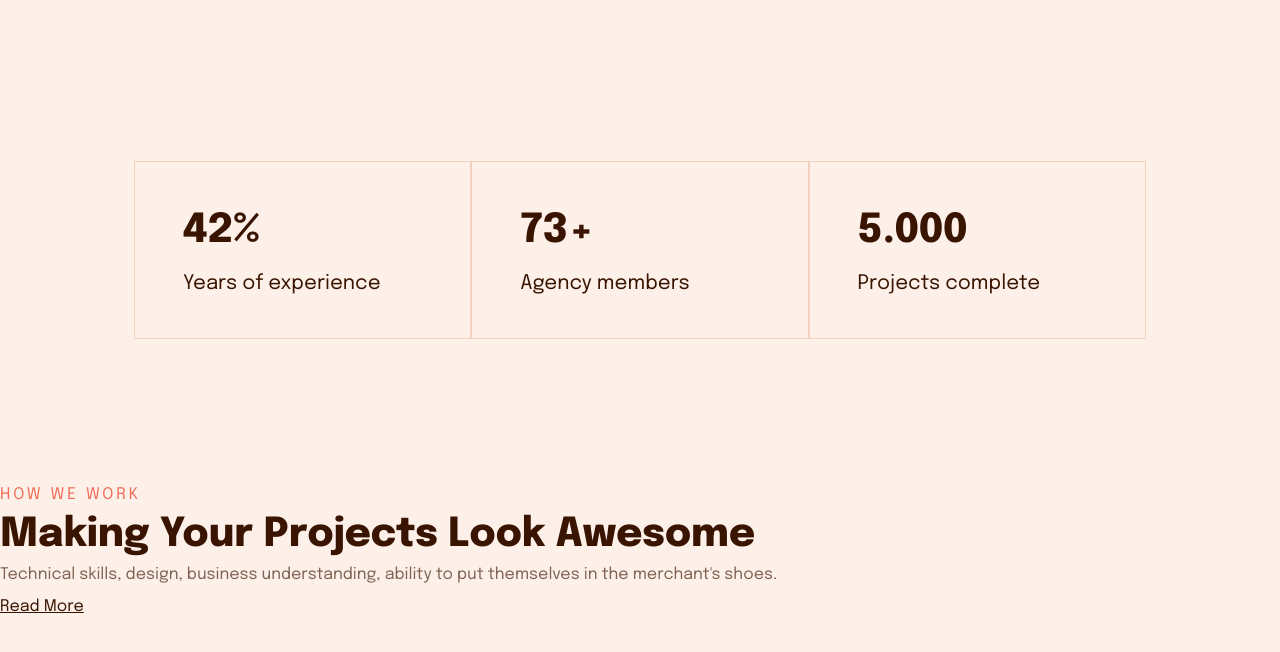
Repository: MehdiKerimov/Figma-task-7
Page: index.html
The author's editor kept a copy of each file at every save. The page is drawn from the files as they stood at one save, then again after the next save.
The browser window is 1280 px wide. The pictures show the whole page.

Above is the page before, as saved 2023-08-30 12:11:32.

### index.html
<!DOCTYPE html>
<html lang="en">

<head>
    <meta charset="UTF-8">
    <meta name="viewport" content="width=device-width, initial-scale=1.0">
    <title>Document</title>
    <link rel="stylesheet" href="index.css">
</head>

<body>
    <div class="container">
        <div class="container-1">
            <ul>

                    <li>
                        <h1>42%</h1>
                        <p>Years of experience</p>
                    </li>


                    <li>
                        <h1>73+</h1>
                        <P>Agency members</P>
                    </li>


                    <li>
                        <h1>5.000</h1>
                        <p>Projects complete</p>
                    </li>

            </ul>
        </div>
        <div class="container-2">
            <div class="text-container">
                <h1>How we work</h1>
                <h2>Making Your Projects Look Awesome</h2>
                <p>Technical skills, design, business understanding, ability to put themselves in the merchant's shoes.</p>
                <a href="">Read More</a>
            </div>
            <ul>

            </ul>

        </div>
    </div>


</body>

</html>

### index.css
@import url("https://fonts.googleapis.com/css2?family=Epilogue:wght@400;800&display=swap");
* {
  padding: 0;
  margin: 0;
  box-sizing: border-box;
}
.container {
  background: #fdf0e9;
  min-height: 100vh;
}
.container-1 {
  padding: 161px 134px 140px 134px;
}

.container-1 .box-1 {
  width: 391px;
  height: 176px;
  border-radius: 6px 0px 0px 6px;
}
.container-1 ul {
  display: flex;
}
.container-1 ul li {
  list-style-type: none;
  width: 33.33%;
  border: 1px solid #f3d1bf;
  padding: 45px 0 38px 48px;
}
.container-1 ul li h1 {
  color: var(--text-dark, #391400);
  font-feature-settings: "clig" off, "liga" off;
  font-family: Epilogue;
  font-size: 40px;
  font-style: normal;
  font-weight: 800;
  line-height: 48px;
}
.container-1 ul li p {
  margin-top: 13px;
  color: var(--text-dark, #391400);
  font-feature-settings: "clig" off, "liga" off;
  font-family: Epilogue;
  font-size: 20px;
  font-style: normal;
  font-weight: 400;
  line-height: 32px;
}
.container-1 .box-1 li h1 {
  padding: 45px 0px 13px 48px;
}
.container-1 .box-1 li p {
  margin-left: 48px;
}
.container-1 .box-3 li p {
  margin-left: 48px;
  color: var(--text-dark, #391400);
  font-feature-settings: "clig" off, "liga" off;
  font-family: Epilogue;
  font-size: 20px;
  font-style: normal;
  font-weight: 400;
  line-height: 32px;
}
.container-2{
    padding: 0;
    display: flex;
}
.container-2 .text-container h1 {
  color: var(--text-dark-accent, #ef6d58);
  font-feature-settings: "clig" off, "liga" off;
  font-family: Epilogue;
  font-size: 16px;
  font-style: normal;
  font-weight: 400;
  line-height: 32px;
  letter-spacing: 3px;
  text-transform: uppercase;
}
.container-2 .text-container h2 {
  color: var(--text-dark, #391400);
  font-feature-settings: "clig" off, "liga" off;
  font-family: Epilogue;
  font-size: 40px;
  font-style: normal;
  font-weight: 800;
  line-height: 48px;
}
.container-2 .text-container p {
  color: var(--text-dark-gray, rgba(57, 20, 0, 0.64));
  font-feature-settings: "clig" off, "liga" off;
  font-family: Epilogue;
  font-size: 16px;
  font-style: normal;
  font-weight: 400;
  line-height: 32px;
}
.container-2 .text-container a {
  color: var(--text-dark, #391400);
  font-feature-settings: "clig" off, "liga" off;
  font-family: Epilogue;
  font-size: 16px;
  font-style: normal;
  font-weight: 400;
  line-height: 32px;
}

After the next save:
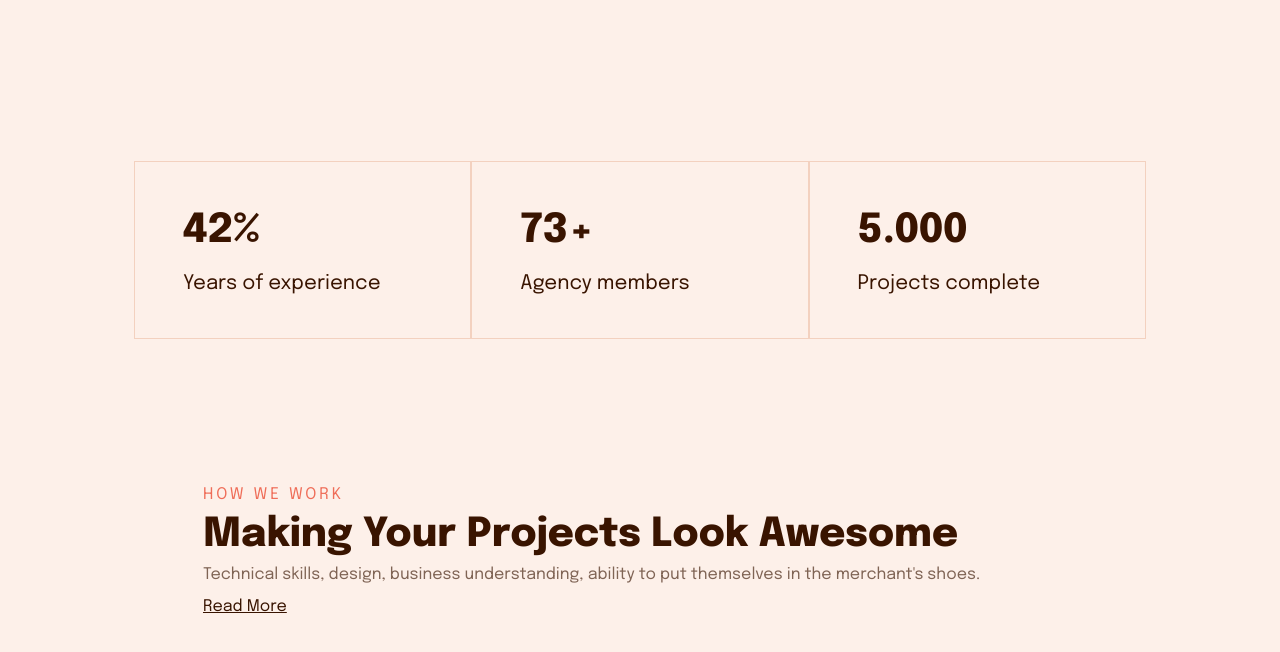
Saved 19 s later.
--- a/index.css
+++ b/index.css
@@ -62,7 +62,7 @@
   line-height: 32px;
 }
 .container-2{
-    padding: 0;
+    padding: 0 203px ;
     display: flex;
 }
 .container-2 .text-container h1 {
